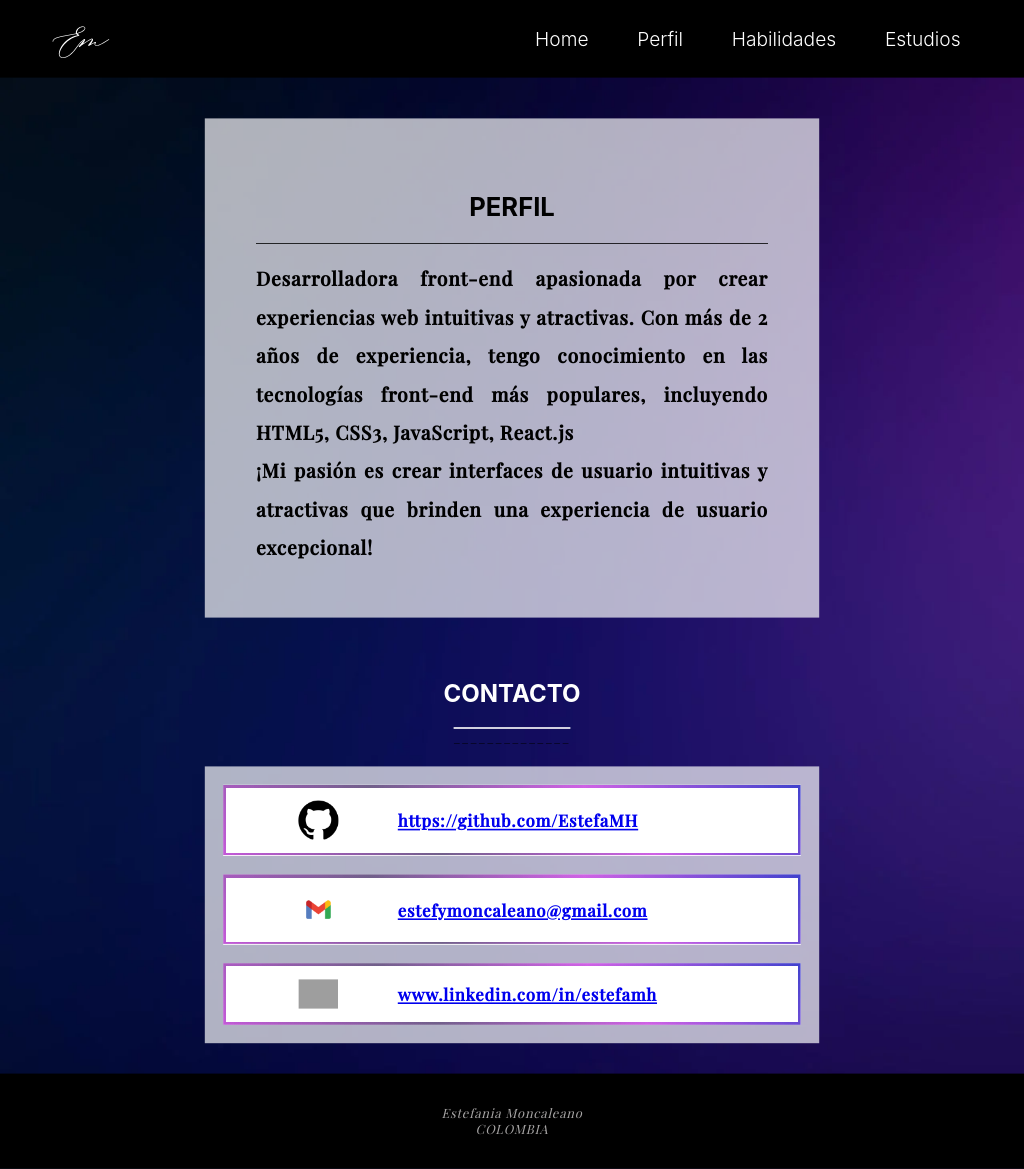
Repository: EstefaMH/PORTAFOLIO
Page: /aboutme
An editor plug-in stored every save of this project. The page is shown before and after a run of saves, followed by the edit.
The browser window is 1280 px wide. The pictures show the whole page, at 80% of full size.
Pictures or frames that could not be fetched are drawn as grey boxes. Some web fonts or font styles are not loaded; a fallback is used. The project was rebuilt for these pictures with package versions that can differ from the ones it lists, and the page was loaded fresh each time. Also part of the build but not shown: src/pages/home/Home.js, src/pages/error/Error404.css, src/pages/error/Error404.js, src/pages/jobs/Jobs.js, src/models/Languages.js, src/components/project/project.js, src/pages/skills/Skills.css, src/pages/skills/Skills.js and 2 more.

Above is the page before, as saved 2024-05-23 23:07:34.

After the next 6 saves:
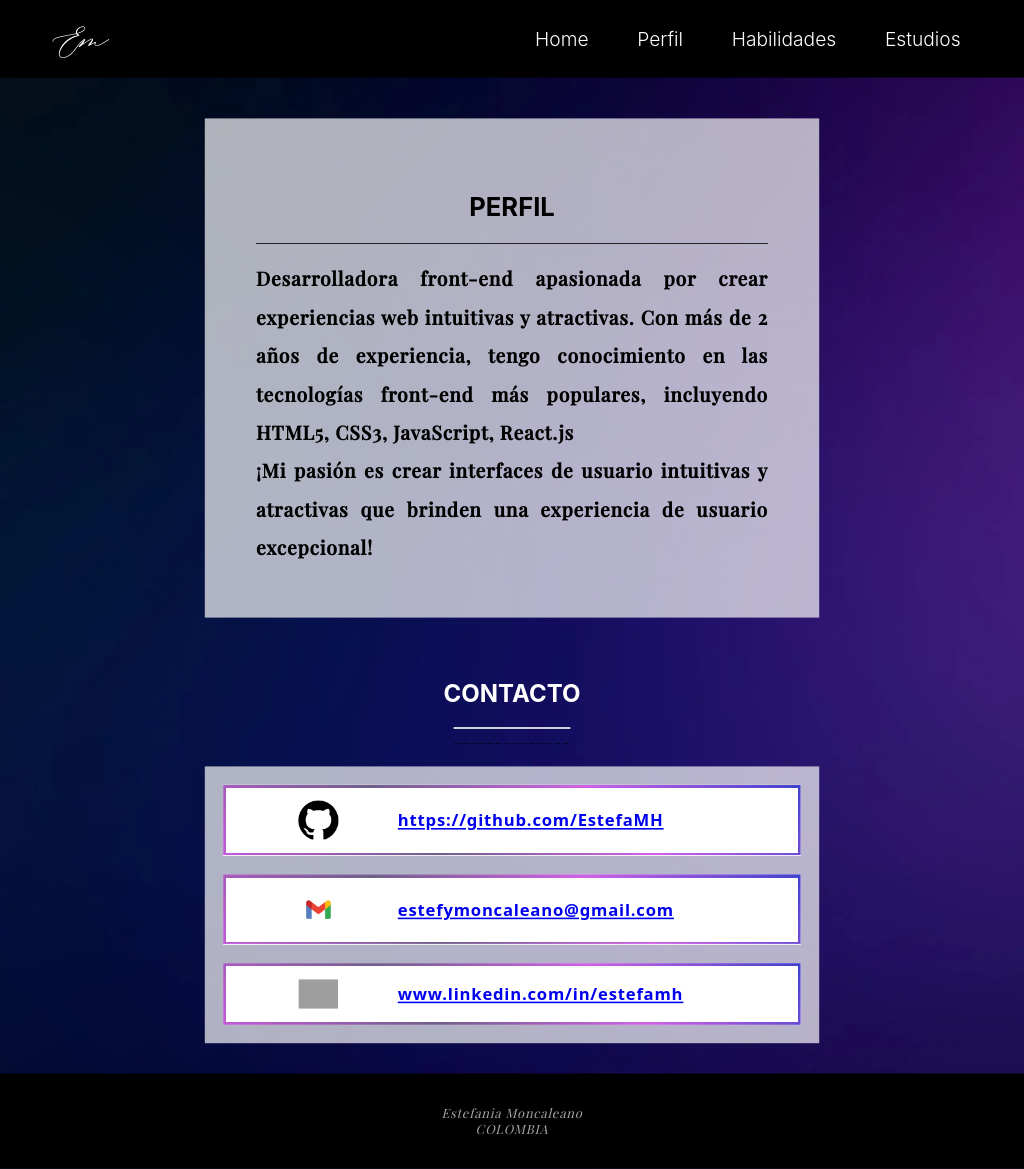
The 6 saves are shown as one change because they came seconds apart.
The last was saved 15 s later.
--- a/src/pages/aboutme/Aboutme.css
+++ b/src/pages/aboutme/Aboutme.css
@@ -124,6 +124,7 @@
 
     .contact-icons p{
         width: 60%;
+        font-family: system-ui, -apple-system, BlinkMacSystemFont, 'Segoe UI', Roboto, Oxygen, Ubuntu, Cantarell, 'Open Sans', 'Helvetica Neue', sans-serif;
         font-style: normal;
         font-weight: 600;
     }

After the save that followed:
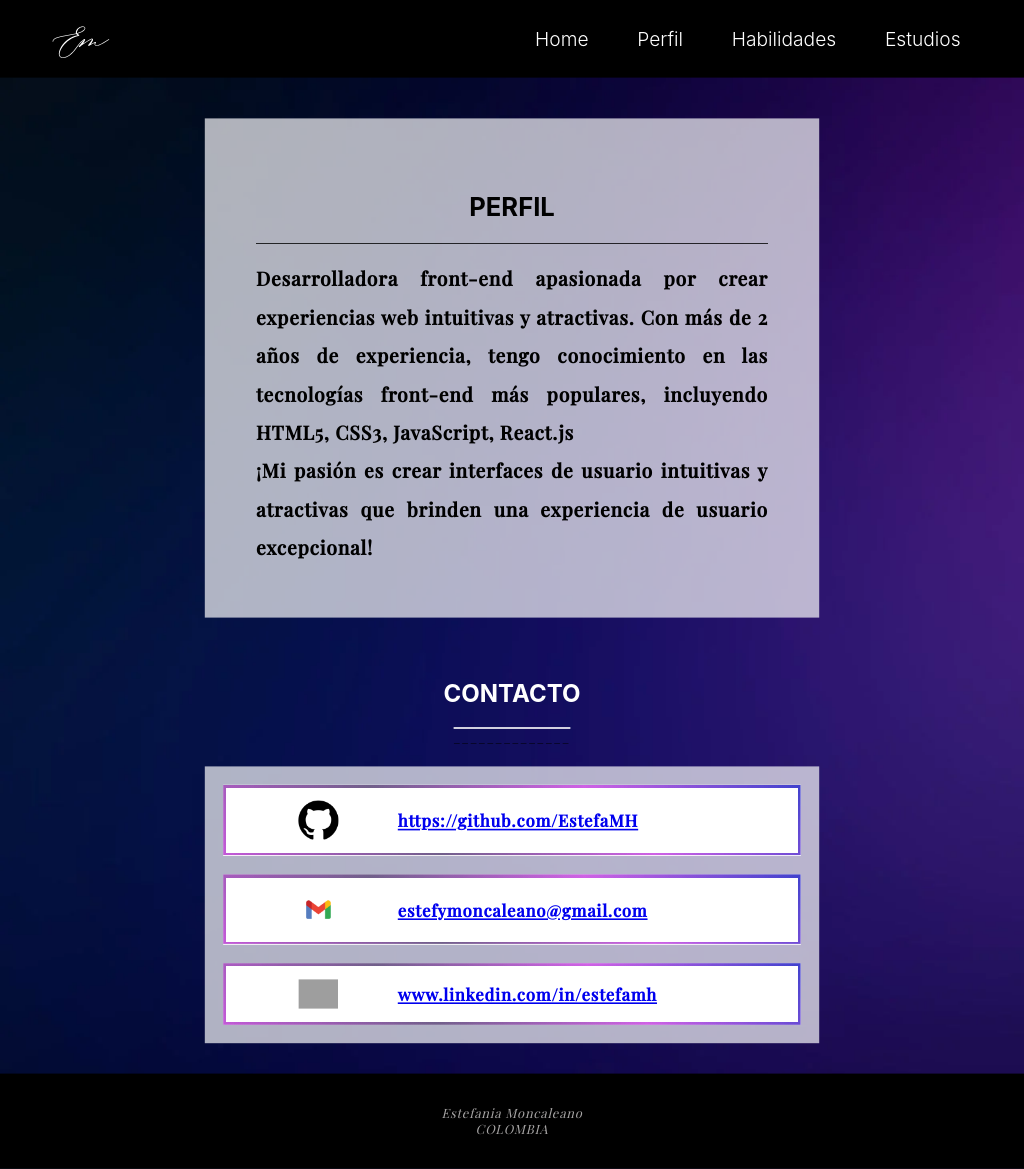
Saved 17 s later.
--- a/src/pages/aboutme/Aboutme.css
+++ b/src/pages/aboutme/Aboutme.css
@@ -124,7 +124,6 @@
 
     .contact-icons p{
         width: 60%;
-        font-family: system-ui, -apple-system, BlinkMacSystemFont, 'Segoe UI', Roboto, Oxygen, Ubuntu, Cantarell, 'Open Sans', 'Helvetica Neue', sans-serif;
         font-style: normal;
         font-weight: 600;
     }
